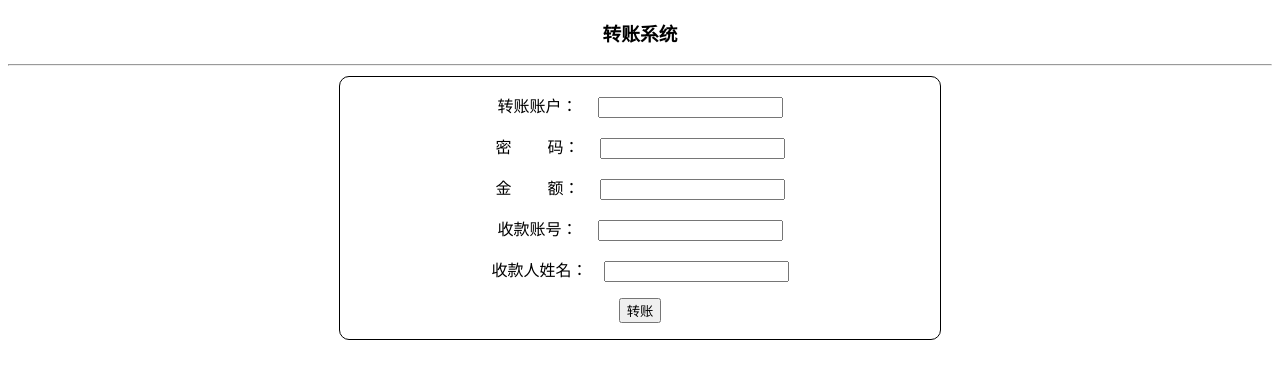
Repository: 99708/java_EE
Page: http://localhost/ssm_bank/
These files come from the project's save history. The page is drawn as it stood at one moment and after the next save; the edit follows.
The browser window is 1280 px wide. The pictures show the whole page.
The page is served by Tomcat 9. Other server files are loaded and not shown.

Above is the page before, as saved 2018-11-16 13:52:08.

### ssm_bank/WebContent/index.jsp
<%@ page language="java" contentType="text/html; charset=UTF-8"
    pageEncoding="UTF-8"%>
<!DOCTYPE html PUBLIC "-//W3C//DTD HTML 4.01 Transitional//EN" "http://www.w3.org/TR/html4/loose.dtd">
<html>
<head>
<meta http-equiv="Content-Type" content="text/html; charset=UTF-8">
<title>Insert title here</title>
</head>
<script type="text/javascript" src="js/jquery-1.9.1.min.js"></script>
<body>
	<h3 align="center">转账系统</h3>
	<hr />
	<div align="center" style=" heigth: 240px; width: 600px;
		border: 1px solid #000; margin: auto; border-radius: 10px;
		margin-top: 10px;">
		<form action="moneyServlet.servlet" method="post">
			<p>
				转账账户：　 <input id="aid" name="aid" type="text" value="" />
				<span id="aidSpan"></span> <br />
			</p>
			<p>
				密　　 码： 　<input id="apwd" name="apwd" type="text" value="" />
				<span id="apwdSpan"></span><br />
			</p>
			<p>
				金 　　额： 　<input id="money" name="money" type="text" value="" />
				<span id="moneySpan"></span><br />
			</p>
			<p>
				收款账号： 　<input id="inId" name="inId" type="text" value="" />
				<span id="inIdSpan"></span><br />
			</p>
			<p>
				收款人姓名：　<input id="aname" name="aname" type="text" value="" />
				<span id="anameSpan"></span><br />
			</p>
			<p>
				<input type="submit" value="转账" />
			</p>
		</form>
	</div>
	<script type="text/javascript">
		$(function(){
			$("#aid").blur(function (){
				var url = "getAccountById";
				var data = "aid="+$("#aid").val();
				getData(url, data, function(data){
					if(data){
						$("#aidSpan").html("<img alt='' src='images/right.jpg'/>");
					}else{
						$("#aidSpan").html("<img alt='' src='images/error.jpg'/>");
					}

				});
			});
			function getData(url, data, callback){
				$.ajax({
					url:url,
					data:data,
					dataType:"json",
					type:"post",
					success:function(rsData){
						callback(rsData);
					}
				});
			}
		})
	</script>
</body>
</html>

Loaded but not shown: ssm_bank/WebContent/js/jquery-1.9.1.min.js (library)

After the next save:
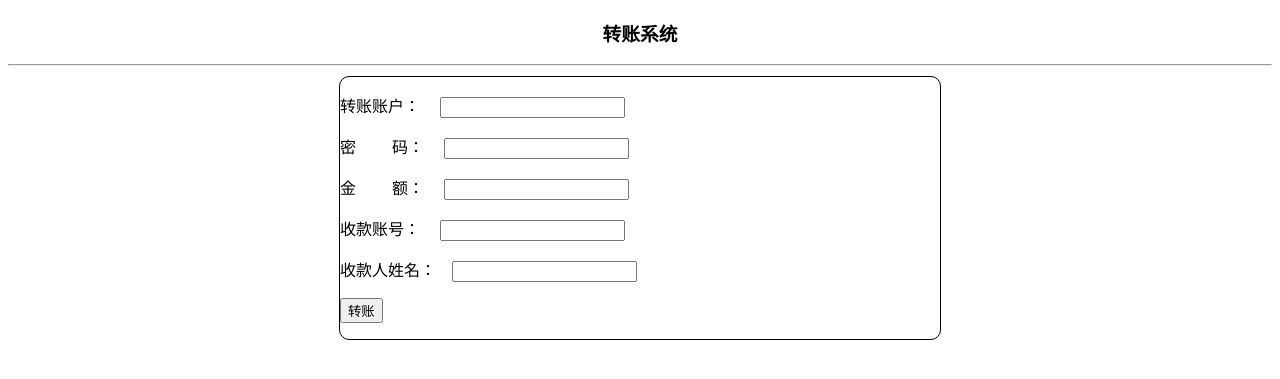
Saved 40 s later.
--- a/ssm_bank/WebContent/index.jsp
+++ b/ssm_bank/WebContent/index.jsp
@@ -10,7 +10,7 @@
 <body>
 	<h3 align="center">转账系统</h3>
 	<hr />
-	<div align="center" style=" heigth: 240px; width: 600px;
+	<div  style=" heigth: 240px; width: 600px;
 		border: 1px solid #000; margin: auto; border-radius: 10px;
 		margin-top: 10px;">
 		<form action="moneyServlet.servlet" method="post">
